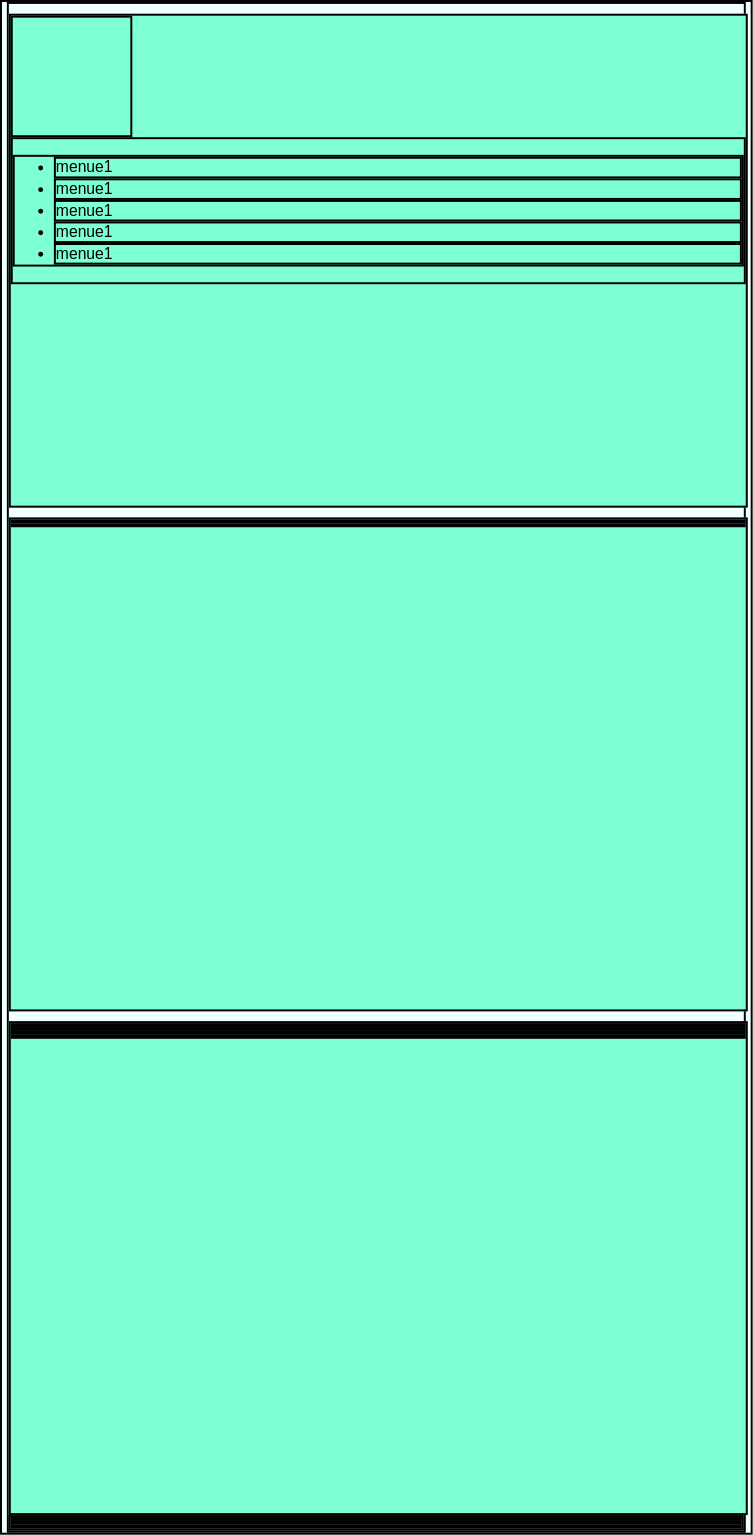
Repository: clairedupuich/cv-claireDUPUICH
Page: cv.html
An editor plug-in stored every save of this project. The page is shown before and after the next save, followed by the edit.
The browser window is 768 px wide. The pictures show the whole page, at 98% of full size.

Above is the page before, as saved 2020-10-08 12:32:07.

### cv.html
<!DOCTYPE html>
<html lang="fr" dir="ltr">
  <head>
    <meta charset="utf-8">
    <title>Exercice</title>
    <link rel="stylesheet" href="cv.css">
  </head>
  <body>
    <section class="header">
        <div class="logo">
        </div>
        <div class="nav">
            <ul>
                <li>menue1</li>
                <li>menue1</li>
                <li>menue1</li>
                <li>menue1</li>
                <li>menue1</li>
            </ul>
        </div>
    </section>
      <section class="section 1">
          <div class="article1_1">
          </div>
          <div class="article1_2">
          </div>
      </section>
      <section class="section2">
        <div class="article2_1">
        </div>
        <div class="article2_2">
        </div>
        <div class="article2_3">
        </div>
        <div class="article2_4">
        </div>
      </section>
      <footer>
          <div class='footer1'>
          </div>
        <div class="footer2">
        </div>
        <div class="footer3">
        </div>
    </footer>
  </body>
</html>

### cv.css

@media screen and (max-width: 768px)
{
    * {
        font-family: Avenir, sans-serif;
        border: 2px solid black;

    }

    body {
        background-color: azure;
        margin: 0 5px;
    }
    section {
        margin-top: 10px;
        padding: 5px auto;
        width: 100%;
        height: 500px;
        background-color: aquamarine;
        border: 2px solid black;

    }

    .logo {
        width:120px;
        height: 120px;
        boder
    }

}

After the next save:
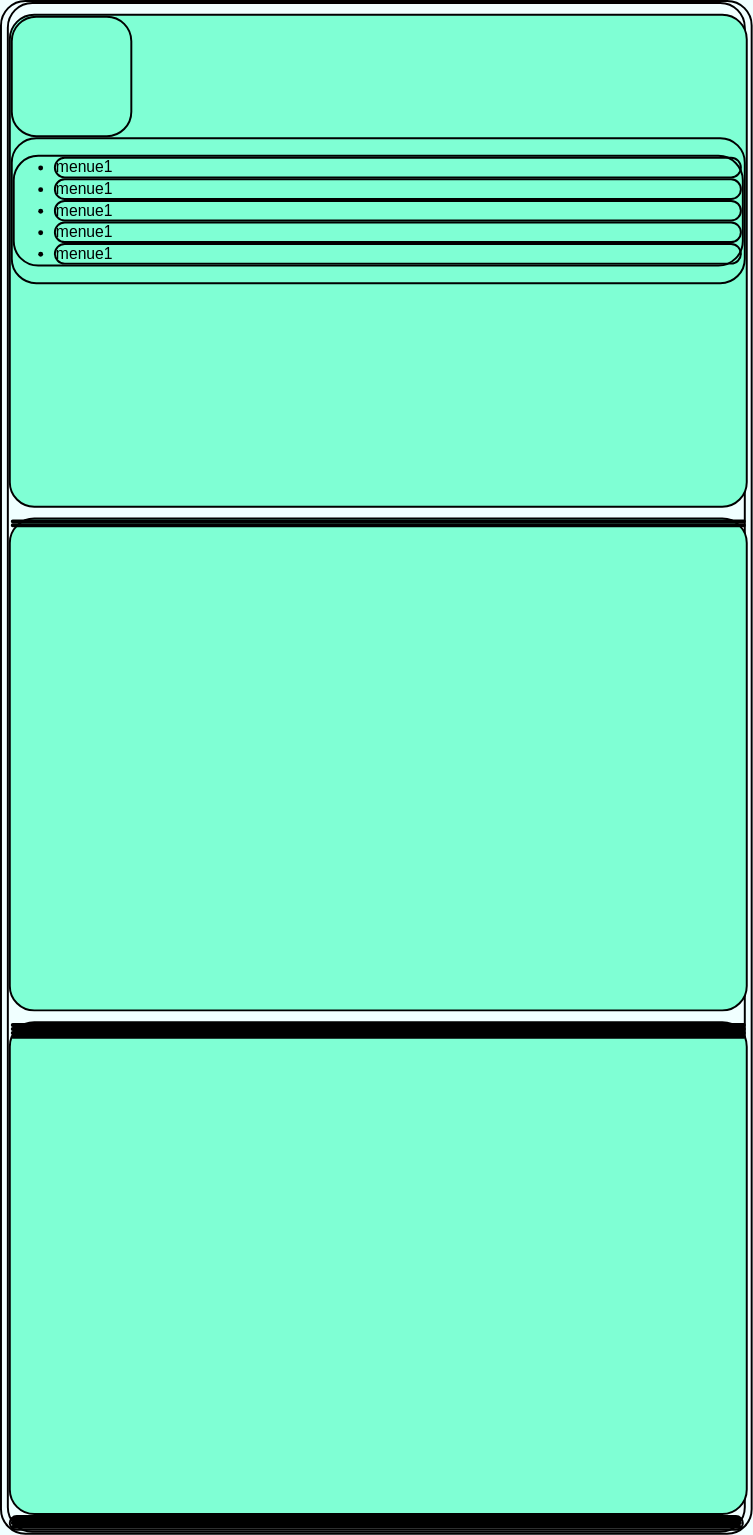
Saved 93 s later.
--- a/cv.css
+++ b/cv.css
@@ -4,6 +4,7 @@
     * {
         font-family: Avenir, sans-serif;
         border: 2px solid black;
+        border-radius: 26px;
 
     }
 
@@ -17,7 +18,7 @@
         width: 100%;
         height: 500px;
         background-color: aquamarine;
-        border: 2px solid black;
+
 
     }
 
